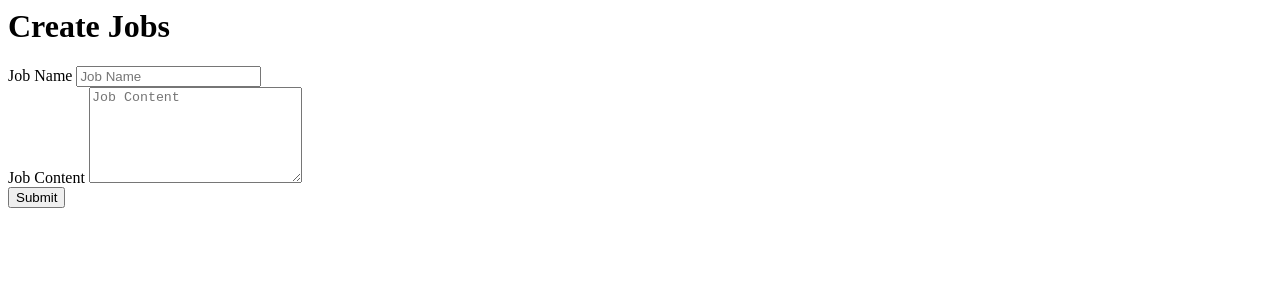
Repository: yogenderupadhyay/Project-2
Page: LetsTalkFrontend/WebContent/c_job/addJob.html
The author's editor kept a copy of each file at every save. The page is drawn from the files as they stood at one save, then again after the next save.
The browser window is 1280 px wide. The pictures show the whole page.

Above is the page before, as saved 2018-07-16 20:18:45.

### LetsTalkFrontend/WebContent/c_job/addJob.html
<div class="container" id="forum-box" data-ng-Controller="JobController">
		<div class="row">
			<div class="col-md-12">
				<div class="page-header">
					<h1>Create Jobs</h1>
				</div>
				<form role="form" method="post">
					<div class="form-group">
						<label for="jobName"> Job Name </label> <input type="text"
							placeholder="Job Name" name="jobName" data-ng-model="job.jobTitle"
							class="form-control input-lg" id="jobName">
					</div>
					<div class="form-group">

						<label for="jobContent"> Job Content </label>
						<textarea rows="6" cols="24" class="form-control input-lg" id="jobContent"
							placeholder="Job Content" name="jobContent"
							data-ng-model="job.jobContent"></textarea>

					</div>
					<button type="submit" class="btn btn-primary" value="Insert Job"
						data-ng-click="insertJob()">Submit</button>
				</form>
			</div>
		</div>
	</div>

After the next save:
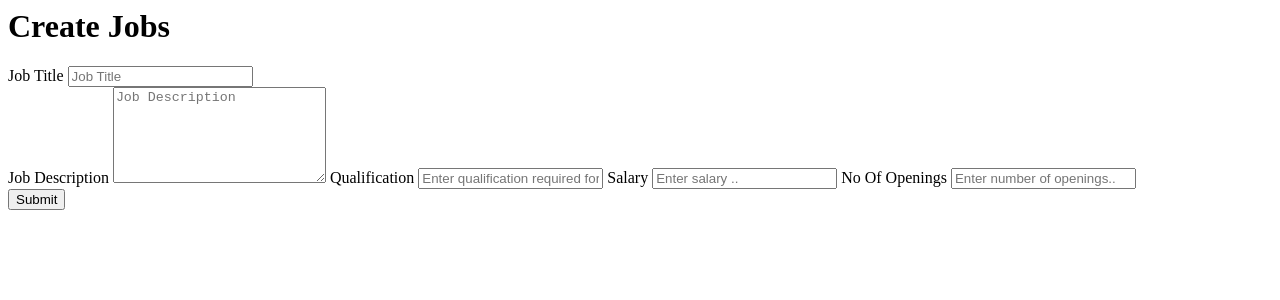
Saved 8 min 32 s later.
--- a/LetsTalkFrontend/WebContent/c_job/addJob.html
+++ b/LetsTalkFrontend/WebContent/c_job/addJob.html
@@ -6,17 +6,25 @@
 				</div>
 				<form role="form" method="post">
 					<div class="form-group">
-						<label for="jobName"> Job Name </label> <input type="text"
-							placeholder="Job Name" name="jobName" data-ng-model="job.jobTitle"
-							class="form-control input-lg" id="jobName">
+						<label for="jobTitle"> Job Title</label> <input type="text"
+							placeholder="Job Title" name="jobTitle" data-ng-model="job.jobTitle"
+							class="form-control input-lg" id="jobTitle">
 					</div>
 					<div class="form-group">
 
-						<label for="jobContent"> Job Content </label>
-						<textarea rows="6" cols="24" class="form-control input-lg" id="jobContent"
-							placeholder="Job Content" name="jobContent"
-							data-ng-model="job.jobContent"></textarea>
-
+						<label for="jobDescription"> Job Description </label>
+						<textarea rows="6" cols="24" class="form-control input-lg" id="jobDescription"
+							placeholder="Job Description" name="jobDescription"
+							data-ng-model="job.jobDescription"></textarea>
+					<label>Qualification</label> <input type="text" name="qualification"
+						ng-model="Job.qualification" placeholder="Enter qualification required for job.."
+						class="form-control">
+						<label>Salary</label> <input type="text" name="salary"
+						ng-model="Job.salary" placeholder="Enter salary .."
+						class="form-control">
+						<label>No Of Openings</label> <input type="text" name="noOfOpennings"
+						ng-model="Job.noOfOpening" placeholder="Enter number of openings.."
+						class="form-control">
 					</div>
 					<button type="submit" class="btn btn-primary" value="Insert Job"
 						data-ng-click="insertJob()">Submit</button>
